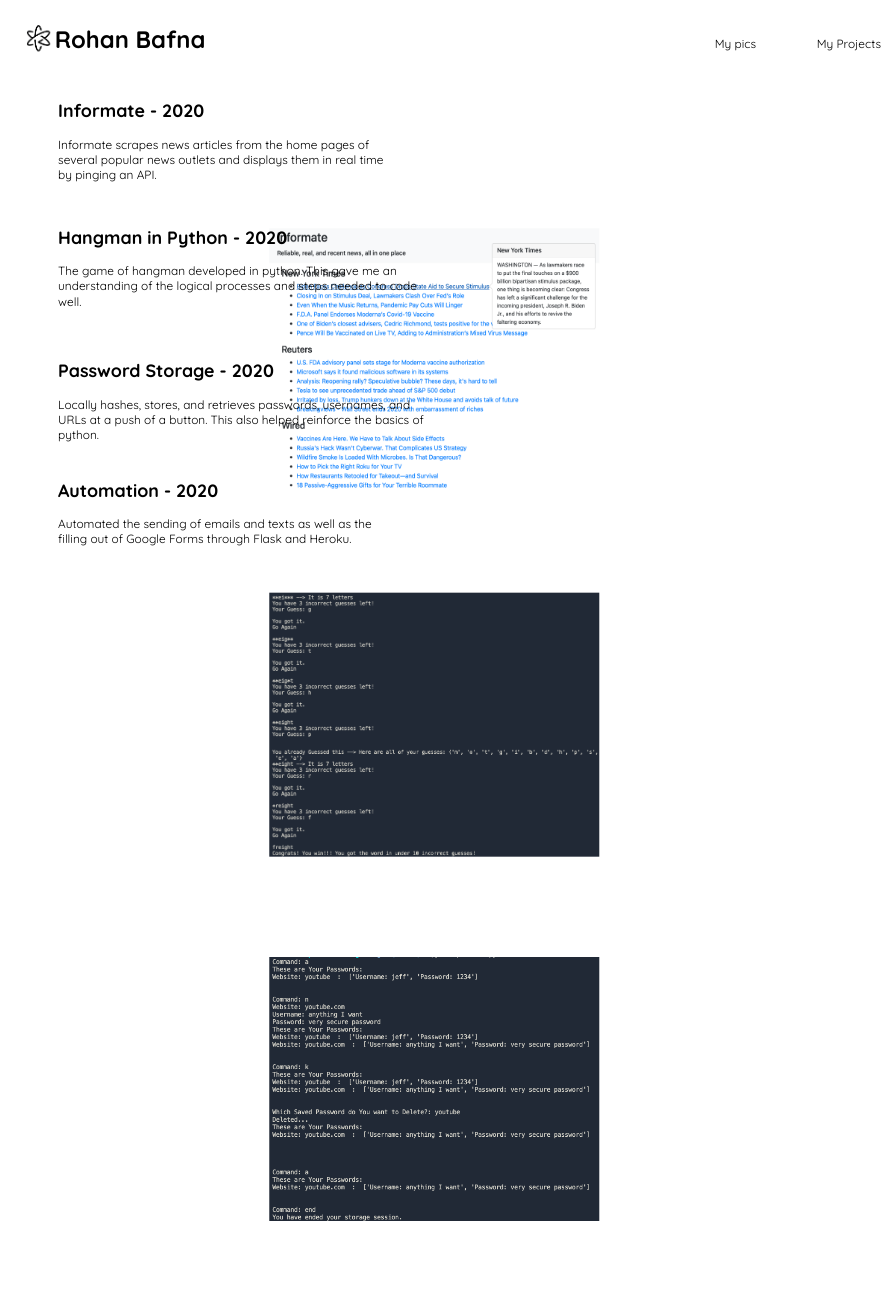
Repository: rbafna6507/rbafna6507.github.io
Page: projects.html
These files come from the project's save history. The page is drawn as it stood at one moment and after the next save; the edit follows.
The browser window is 1280 px wide. The page is 1357 px wide, so the pictures cover 1357 px, including what lies to the right of the window. The pictures show the whole page, at 66% of full size.

Above is the page before, as saved 2020-12-18 16:42:44.

After the next save:
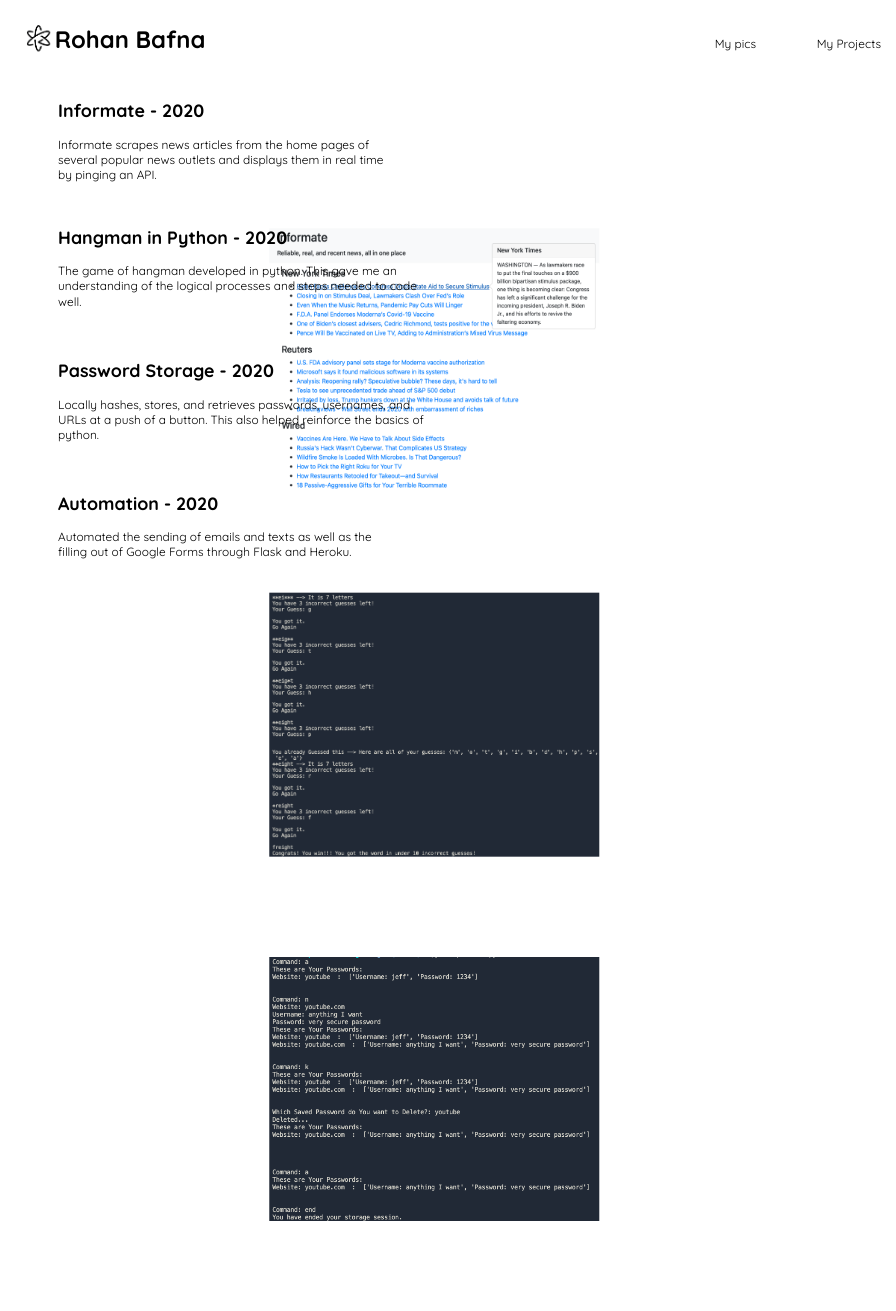
Saved 10 s later.
--- a/projects.css
+++ b/projects.css
@@ -109,7 +109,7 @@ ul{
 
   #automation{
     position:relative;
-    bottom: 1150px;
+    bottom: 1130px;
   }
 
   h4{
